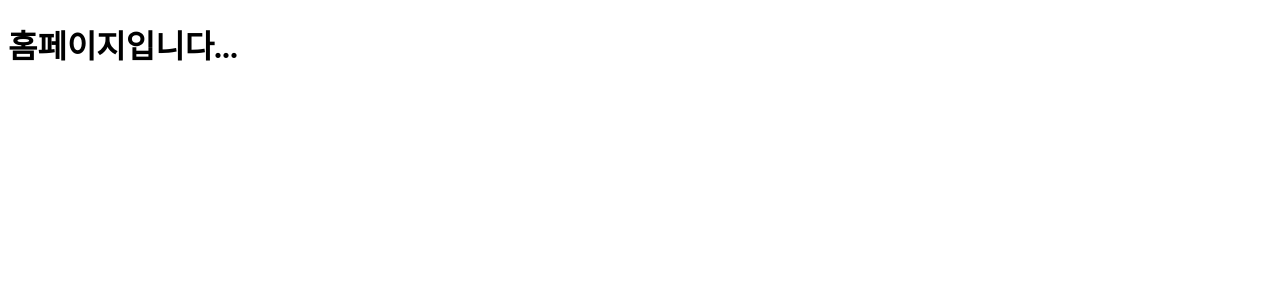
Repository: gwangso/web
Page: http://localhost/ex01/
An editor plug-in stored every save of this project. The page is shown before and after the next save, followed by the edit.
The browser window is 1280 px wide. The pictures show the whole page.
The page is served by Tomcat 9.

Above is the page before, as saved 2023-07-24 02:36:51.

After the next save:
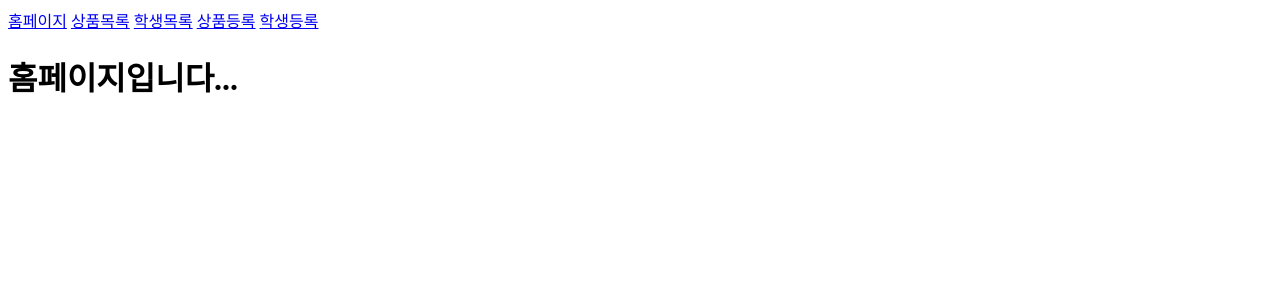
Saved 2 min 36 s later.
--- a/ex01/src/main/webapp/home.jsp
+++ b/ex01/src/main/webapp/home.jsp
@@ -7,6 +7,15 @@
 		<title>홈페이지</title>
 	</head>
 <body>
+	<div>
+		<a href="/">홈페이지</a>
+		<a href="/pro/list">상품목록</a>
+		<a href="/stu/list">학생목록</a>
+		<a href="/pro/insert">상품등록</a>
+		<a href="/stu/insert">학생등록</a>
+	</div>
 	<h1>홈페이지입니다...</h1>
+
+
 </body>
 </html>
